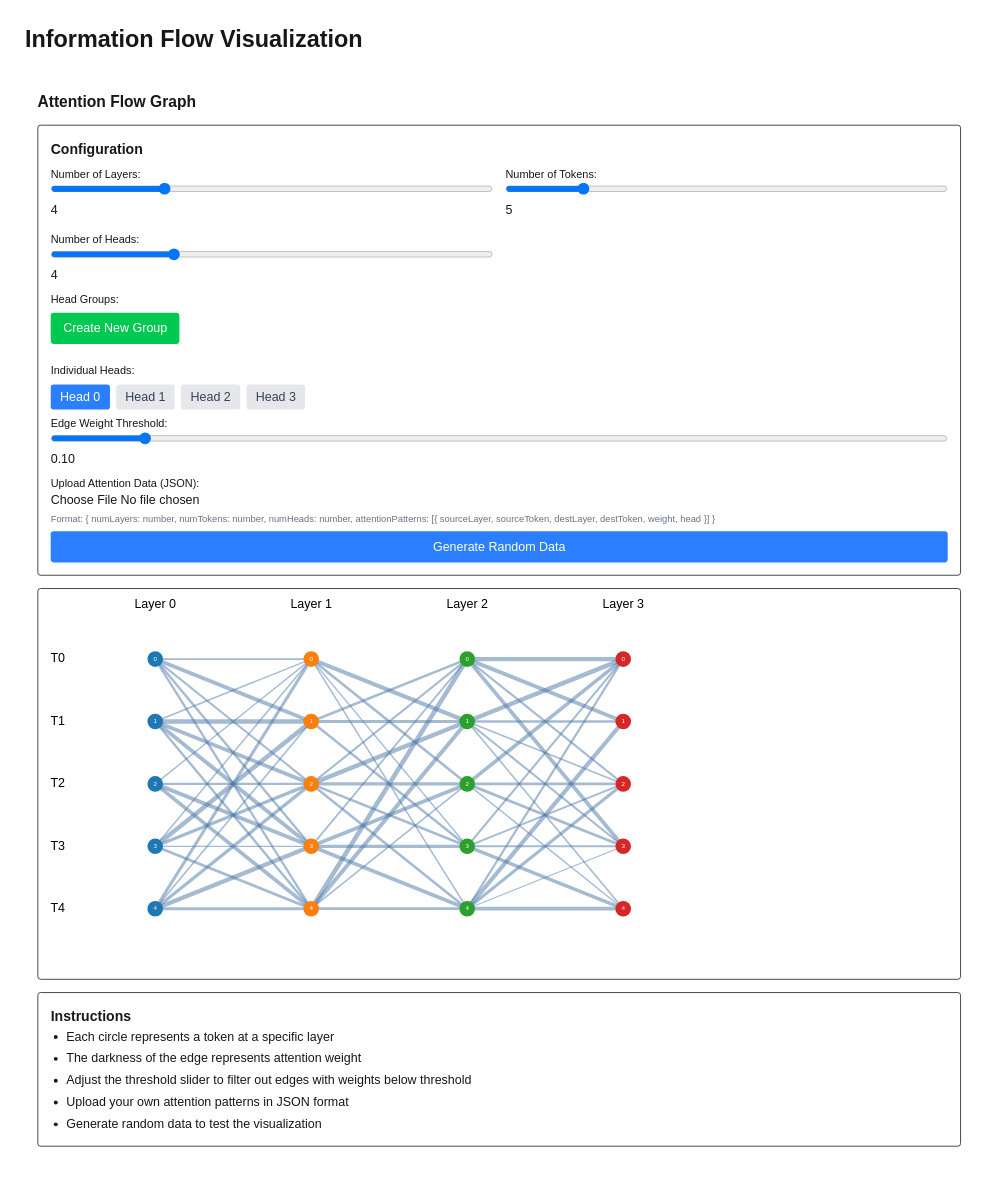
Repository: 2son1a/information_flow
Page: /
An editor plug-in stored every save of this project. The page is shown before and after the next save, followed by the edit.
The browser window is 1280 px wide. The pictures show the whole page, at 78% of full size.
The project was rebuilt for these pictures with package versions that can differ from the ones it lists, and the page was loaded fresh each time. The framework's server and built-in components were replaced by stand-ins that run in the browser. Also part of the build but not shown: next.config.ts.

Above is the page before, as saved 2025-03-08 19:15:14.

### app/page.tsx
import AttentionFlowGraph from './components/attention-flow-graph';

export default function Home() {
  return (
    <main className="min-h-screen p-8">
      <h1 className="text-3xl font-bold mb-8">Information Flow Visualization</h1>
      <AttentionFlowGraph />
    </main>
  );
}

### app/components/attention-flow-graph.tsx
"use client";

import React, { useState, useEffect, useRef, ChangeEvent } from 'react';
import * as d3 from 'd3';

interface AttentionPattern {
  sourceLayer: number;
  sourceToken: number;
  destLayer: number;
  destToken: number;
  weight: number;
  head: number;
}

interface HeadGroup {
  id: number;
  name: string;
  heads: number[];
}

interface GraphData {
  numLayers: number;
  numTokens: number;
  numHeads: number;
  attentionPatterns: AttentionPattern[];
}

interface Node {
  id: string;
  layer: number;
  token: number;
  x: number;
  y: number;
}

interface Link {
  source: string;
  target: string;
  weight: number;
  head: number;
  groupId: number;
}

const AttentionFlowGraph = () => {
  const [data, setData] = useState<GraphData>({
    numLayers: 4,
    numTokens: 5,
    numHeads: 4,
    attentionPatterns: []
  });
  const [threshold, setThreshold] = useState(0.1);
  const [selectedHeads, setSelectedHeads] = useState<number[]>([]);
  const [loading, setLoading] = useState(false);
  const [headGroups, setHeadGroups] = useState<HeadGroup[]>([]);
  const [nextGroupId, setNextGroupId] = useState(0);
  const svgRef = useRef(null);

  // Generate some sample attention data
  useEffect(() => {
    generateSampleData();
  }, []);

  const generateSampleData = () => {
    generateSampleDataWithParams(data);
  };

  const generateSampleDataWithParams = (params: GraphData) => {
    const numLayers = params.numLayers;
    const numTokens = params.numTokens;
    const numHeads = params.numHeads;
    let attentionPatterns = [];

    // For each layer (except layer 0 which has no attention)
    for (let l = 1; l < numLayers; l++) {
      // For each attention head
      for (let h = 0; h < numHeads; h++) {
        // For each destination token in this layer
        for (let destT = 0; destT < numTokens; destT++) {
          // For each source token in previous layer
          for (let srcT = 0; srcT < numTokens; srcT++) {
            // Generate random attention weight
            const weight = Math.random();
            attentionPatterns.push({
              sourceLayer: l-1,
              sourceToken: srcT,
              destLayer: l,
              destToken: destT,
              weight: weight,
              head: h
            });
          }
        }
      }
    }

    setData({
      numLayers,
      numTokens,
      numHeads,
      attentionPatterns
    });

    // Initialize selected heads if empty
    if (selectedHeads.length === 0) {
      setSelectedHeads([0]); // Default to first head
    }
  };

  // Draw the graph whenever relevant state changes
  useEffect(() => {
    if (!data.attentionPatterns.length) return;
    drawGraph();
  }, [data, threshold, selectedHeads, headGroups]);

  const handleLayersChange = (e: ChangeEvent<HTMLInputElement>) => {
    const value = parseInt(e.target.value);
    setData(prev => {
      const newData = {
        ...prev,
        numLayers: value
      };
      // Immediately generate new data
      generateSampleDataWithParams(newData);
      return newData;
    });
  };

  const handleTokensChange = (e: ChangeEvent<HTMLInputElement>) => {
    const value = parseInt(e.target.value);
    setData(prev => {
      const newData = {
        ...prev,
        numTokens: value
      };
      // Immediately generate new data
      generateSampleDataWithParams(newData);
      return newData;
    });
  };

  const handleThresholdChange = (e: ChangeEvent<HTMLInputElement>) => {
    setThreshold(parseFloat(e.target.value));
  };

  const handleHeadSelection = (head: number) => {
    // Only allow selection of ungrouped heads
    if (getHeadGroup(head) === null) {
      setSelectedHeads(prev => {
        if (prev.includes(head)) {
          return prev.filter(h => h !== head);
        } else {
          return [...prev, head];
        }
      });
    }
  };

  const handleNumHeadsChange = (e: ChangeEvent<HTMLInputElement>) => {
    const value = parseInt(e.target.value);
    setData(prev => {
      const newData = {
        ...prev,
        numHeads: value
      };
      // Immediately generate new data
      generateSampleDataWithParams(newData);
      return newData;
    });

    // Reset selected heads
    setSelectedHeads([0]);
  };

  const uploadAttentionData = (e: ChangeEvent<HTMLInputElement>) => {
    const file = e.target.files?.[0];
    if (!file) return;

    setLoading(true);

    const reader = new FileReader();
    reader.onload = (event: ProgressEvent<FileReader>) => {
      try {
        const jsonData = JSON.parse(event.target?.result as string) as GraphData;
        setData(jsonData);
        setLoading(false);
      } catch (error) {
        console.error("Error parsing JSON:", error);
        alert("Invalid JSON file");
        setLoading(false);
      }
    };

    reader.readAsText(file);
  };

  const createNewGroup = () => {
    const newGroup: HeadGroup = {
      id: nextGroupId,
      name: `Group ${nextGroupId + 1}`,
      heads: []
    };
    setHeadGroups(prev => [...prev, newGroup]);
    setNextGroupId(prev => prev + 1);
  };

  const deleteGroup = (groupId: number) => {
    // Get heads that were in the deleted group
    const group = headGroups.find(g => g.id === groupId);
    const freedHeads = group?.heads || [];

    // Add freed heads to selected heads
    setSelectedHeads(prev => [...prev, ...freedHeads]);

    setHeadGroups(prev => prev.filter(g => g.id !== groupId));
  };

  const addHeadToGroup = (head: number, groupId: number) => {
    // Remove head from selected heads when adding to a group
    setSelectedHeads(prev => prev.filter(h => h !== head));

    setHeadGroups(prev => {
      // First remove head from any existing group
      const groupsWithoutHead = prev.map(group => ({
        ...group,
        heads: group.heads.filter(h => h !== head)
      }));

      // Then add head to new group
      return groupsWithoutHead.map(group =>
        group.id === groupId
          ? { ...group, heads: [...group.heads, head] }
          : group
      );
    });
  };

  const getHeadGroup = (head: number): number | null => {
    const group = headGroups.find(g => g.heads.includes(head));
    return group ? group.id : null;
  };

  const renameGroup = (groupId: number, newName: string) => {
    setHeadGroups(prev => prev.map(group =>
      group.id === groupId
        ? { ...group, name: newName }
        : group
    ));
  };

  // Filter edges based on threshold, selected heads, and group membership
  const getVisibleHeads = (): number[] => {
    // Get all heads that are part of groups
    const groupedHeads = headGroups.flatMap(group => group.heads);
    // Combine with individually selected heads
    return [...new Set([...selectedHeads.filter(h => !groupedHeads.includes(h)), ...groupedHeads])];
  };

  const drawGraph = () => {
    const svg = d3.select(svgRef.current);
    svg.selectAll("*").remove();

    const width = 900;
    const height = 500;
    const padding = 50;
    const layerWidth = (width - 2 * padding) / (data.numLayers);
    const tokenHeight = (height - 2 * padding) / (data.numTokens);

    // Create nodes
    const nodes: Node[] = [];
    for (let l = 0; l < data.numLayers; l++) {
      for (let t = 0; t < data.numTokens; t++) {
        nodes.push({
          id: `${l}-${t}`,
          layer: l,
          token: t,
          x: padding + l * layerWidth + layerWidth / 2,
          y: padding + t * tokenHeight + tokenHeight / 2,
        });
      }
    }

    // Filter edges based on threshold and visible heads
    const visibleHeads = getVisibleHeads();
    const links: Link[] = data.attentionPatterns
      .filter(edge => edge.weight >= threshold && visibleHeads.includes(edge.head))
      .map(edge => ({
        source: `${edge.sourceLayer}-${edge.sourceToken}`,
        target: `${edge.destLayer}-${edge.destToken}`,
        weight: edge.weight,
        head: edge.head,
        groupId: getHeadGroup(edge.head) ?? -1
      }));

    // Create color scale for groups
    const groupColorScale = d3.scaleOrdinal(d3.schemeTableau10)
      .domain(headGroups.map(g => g.id.toString()));

    // Draw layers and tokens labels
    const g = svg.append("g");

    // Layer labels
    for (let l = 0; l < data.numLayers; l++) {
      g.append("text")
        .attr("x", padding + l * layerWidth + layerWidth / 2)
        .attr("y", padding / 2)
        .attr("text-anchor", "middle")
        .text(`Layer ${l}`);
    }

    // Token labels
    for (let t = 0; t < data.numTokens; t++) {
      g.append("text")
        .attr("x", padding / 2)
        .attr("y", padding + t * tokenHeight + tokenHeight / 2)
        .attr("text-anchor", "middle")
        .attr("dominant-baseline", "middle")
        .text(`T${t}`);
    }

    // Draw edges first (so they're behind nodes)
    const linkElements = g.selectAll("line")
      .data(links)
      .enter()
      .append("line")
      .attr("x1", (d: Link) => nodes.find(n => n.id === d.source)!.x)
      .attr("y1", (d: Link) => nodes.find(n => n.id === d.source)!.y)
      .attr("x2", (d: Link) => nodes.find(n => n.id === d.target)!.x)
      .attr("y2", (d: Link) => nodes.find(n => n.id === d.target)!.y)
      .attr("stroke", (d: Link) => d.groupId === -1
        ? d3.schemeTableau10[d.head % 10]  // Ungrouped heads
        : groupColorScale(d.groupId.toString())  // Grouped heads
      )
      .attr("stroke-width", (d: Link) => 1 + d.weight * 5)
      .attr("opacity", 0.5);

    // Draw nodes
    const nodeElements = g.selectAll("circle")
      .data(nodes)
      .enter()
      .append("circle")
      .attr("cx", (d: Node) => d.x)
      .attr("cy", (d: Node) => d.y)
      .attr("r", 10)
      .attr("fill", (d: Node) => d3.schemeCategory10[d.layer % 10]);

    // Add node labels
    g.selectAll("text.node-label")
      .data(nodes)
      .enter()
      .append("text")
      .attr("class", "node-label")
      .attr("x", (d: Node) => d.x)
      .attr("y", (d: Node) => d.y)
      .attr("text-anchor", "middle")
      .attr("dominant-baseline", "middle")
      .attr("fill", "white")
      .attr("font-size", "8px")
      .text((d: Node) => `${d.token}`);

    // Add tooltips to edges
    linkElements
      .append("title")
      .text((d: Link) => `Weight: ${d.weight.toFixed(4)}`);

    // Add tooltips to nodes
    nodeElements
      .append("title")
      .text((d: Node) => `Layer ${d.layer}, Token ${d.token}`);
  };

  return (
    <div className="flex flex-col gap-4 p-4">
      <h2 className="text-xl font-bold">Attention Flow Graph</h2>

      <div className="flex flex-col gap-2 p-4 border rounded">
        <h3 className="text-lg font-semibold">Configuration</h3>

        <div className="grid grid-cols-2 gap-4">
          <div>
            <label className="block text-sm font-medium">Number of Layers:</label>
            <input
              type="range"
              min="2"
              max="10"
              value={data.numLayers}
              onChange={handleLayersChange}
              className="w-full"
            />
            <span>{data.numLayers}</span>
          </div>

          <div>
            <label className="block text-sm font-medium">Number of Tokens:</label>
            <input
              type="range"
              min="2"
              max="20"
              value={data.numTokens}
              onChange={handleTokensChange}
              className="w-full"
            />
            <span>{data.numTokens}</span>
          </div>

          <div>
            <label className="block text-sm font-medium">Number of Heads:</label>
            <input
              type="range"
              min="1"
              max="12"
              value={data.numHeads}
              onChange={handleNumHeadsChange}
              className="w-full"
            />
            <span>{data.numHeads}</span>
          </div>
        </div>

        <div>
          <label className="block text-sm font-medium mb-2">Head Groups:</label>
          <div className="flex flex-col gap-4">
            <button
              onClick={createNewGroup}
              className="px-4 py-2 bg-green-500 text-white rounded hover:bg-green-600 w-fit"
            >
              Create New Group
            </button>

            <div className="space-y-4">
              {headGroups.map(group => (
                <div key={group.id} className="flex flex-col gap-2 p-3 border rounded">
                  <div className="flex items-center gap-2">
                    <input
                      type="text"
                      value={group.name}
                      onChange={(e) => renameGroup(group.id, e.target.value)}
                      className="px-2 py-1 border rounded"
                    />
                    <button
                      onClick={() => deleteGroup(group.id)}
                      className="px-2 py-1 bg-red-500 text-white rounded hover:bg-red-600"
                    >
                      Delete
                    </button>
                  </div>

                  <div className="flex flex-wrap gap-2">
                    {Array.from({length: data.numHeads}, (_, i) => (
                      <button
                        key={i}
                        onClick={() => addHeadToGroup(i, group.id)}
                        className={`px-3 py-1 rounded ${
                          group.heads.includes(i)
                            ? 'bg-blue-500 text-white'
                            : 'bg-gray-200 text-gray-700'
                        }`}
                      >
                        Head {i}
                      </button>
                    ))}
                  </div>
                </div>
              ))}
            </div>
          </div>
        </div>

        <div>
          <label className="block text-sm font-medium mb-2">Individual Heads:</label>
          <div className="flex flex-wrap gap-2">
            {Array.from({length: data.numHeads}, (_, i) => {
              const groupId = getHeadGroup(i);
              const isGrouped = groupId !== null;
              return (
                <button
                  key={i}
                  onClick={() => handleHeadSelection(i)}
                  className={`px-3 py-1 rounded ${
                    isGrouped
                      ? 'opacity-50 cursor-not-allowed'
                      : selectedHeads.includes(i)
                        ? 'bg-blue-500 text-white'
                        : 'bg-gray-200 text-gray-700 hover:bg-gray-300'
                  }`}
                  style={{
                    backgroundColor: isGrouped
                      ? d3.schemeTableau10[groupId % 10]
                      : undefined
                  }}
                  disabled={isGrouped}
                  title={isGrouped ? `Head ${i} is part of ${headGroups.find(g => g.id === groupId)?.name}` : undefined}
                >
                  Head {i}
                </button>
              );
            })}
          </div>
        </div>

        <div>
          <label className="block text-sm font-medium">Edge Weight Threshold:</label>
          <input
            type="range"
            min="0"
            max="1"
            step="0.01"
            value={threshold}
            onChange={handleThresholdChange}
            className="w-full"
          />
          <span>{threshold.toFixed(2)}</span>
        </div>

        <div>
          <label className="block text-sm font-medium">Upload Attention Data (JSON):</label>
          <input
            type="file"
            accept=".json"
            onChange={uploadAttentionData}
            className="w-full"
          />
          <p className="text-xs text-gray-500 mt-1">
            Format: {`{ numLayers: number, numTokens: number, numHeads: number, attentionPatterns: [{ sourceLayer, sourceToken, destLayer, destToken, weight, head }] }`}
          </p>
        </div>

        <button
          onClick={generateSampleData}
          className="px-4 py-2 bg-blue-500 text-white rounded hover:bg-blue-600"
        >
          Generate Random Data
        </button>
      </div>

      {loading ? (
        <div className="flex justify-center items-center h-96">
          <p>Loading...</p>
        </div>
      ) : (
        <div className="border rounded overflow-auto">
          <svg ref={svgRef} width="900" height="500"></svg>
        </div>
      )}

      <div className="p-4 border rounded">
        <h3 className="text-lg font-semibold">Instructions</h3>
        <ul className="list-disc pl-5 space-y-1">
          <li>Each circle represents a token at a specific layer</li>
          <li>The darkness of the edge represents attention weight</li>
          <li>Adjust the threshold slider to filter out edges with weights below threshold</li>
          <li>Upload your own attention patterns in JSON format</li>
          <li>Generate random data to test the visualization</li>
        </ul>
      </div>
    </div>
  );
};

export default AttentionFlowGraph;

Loaded but not shown: app/layout.tsx (common file); app/globals.css (common file)

After the next save:
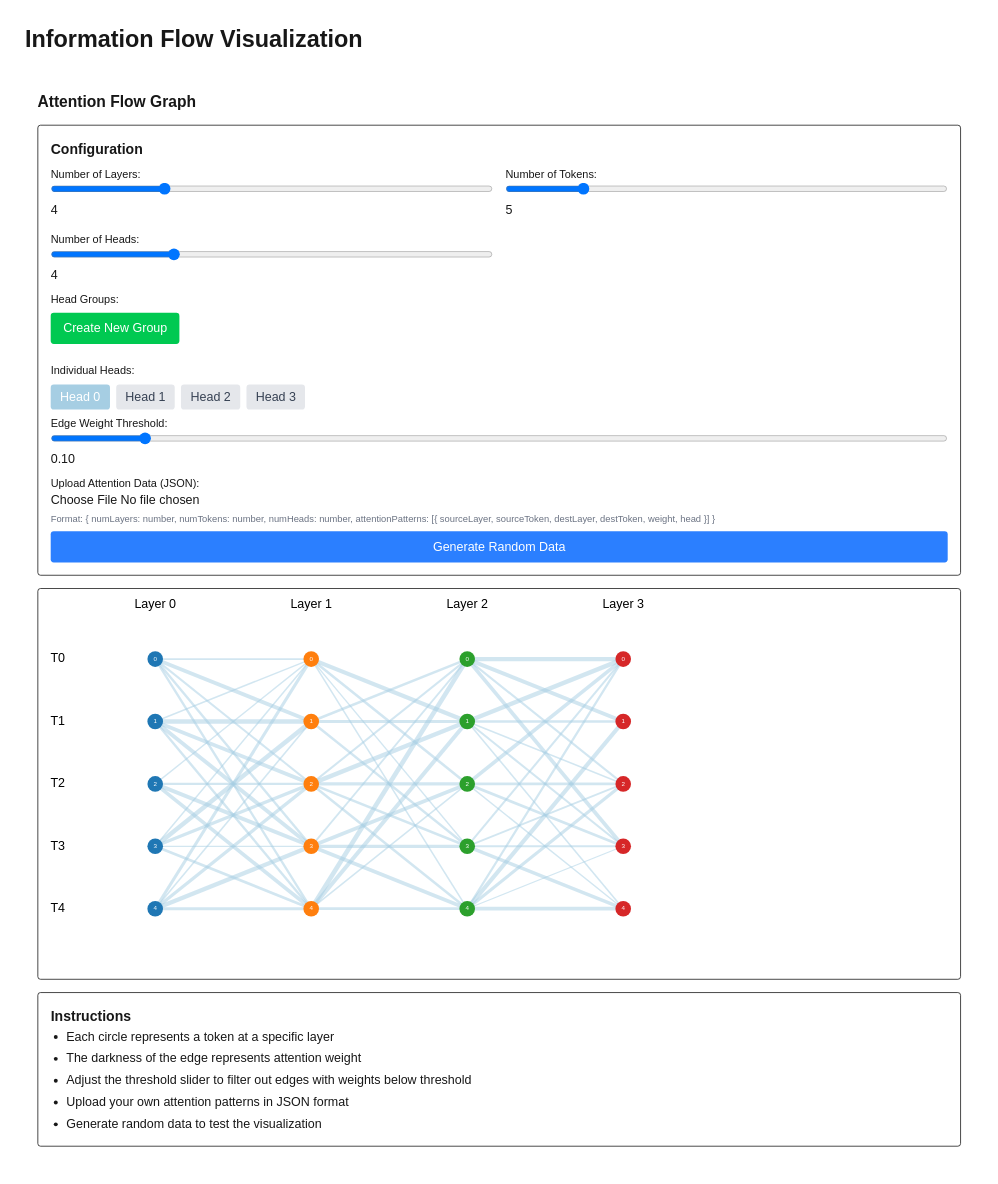
Saved 2 min 47 s later.
--- a/app/components/attention-flow-graph.tsx
+++ b/app/components/attention-flow-graph.tsx
@@ -291,9 +291,12 @@ const AttentionFlowGraph = () => {
         groupId: getHeadGroup(edge.head) ?? -1
       }));
 
-    // Create color scale for groups
+    // Create color scales for groups and individual heads
     const groupColorScale = d3.scaleOrdinal(d3.schemeTableau10)
       .domain(headGroups.map(g => g.id.toString()));
+
+    const individualHeadColorScale = d3.scaleOrdinal(d3.schemePaired)
+      .domain(Array.from({length: data.numHeads}, (_, i) => i.toString()));
 
     // Draw layers and tokens labels
     const g = svg.append("g");
@@ -327,7 +330,7 @@ const AttentionFlowGraph = () => {
       .attr("x2", (d: Link) => nodes.find(n => n.id === d.target)!.x)
       .attr("y2", (d: Link) => nodes.find(n => n.id === d.target)!.y)
       .attr("stroke", (d: Link) => d.groupId === -1
-        ? d3.schemeTableau10[d.head % 10]  // Ungrouped heads
+        ? individualHeadColorScale(d.head.toString())  // Individual heads
         : groupColorScale(d.groupId.toString())  // Grouped heads
       )
       .attr("stroke-width", (d: Link) => 1 + d.weight * 5)
@@ -479,13 +482,15 @@ const AttentionFlowGraph = () => {
                     isGrouped
                       ? 'opacity-50 cursor-not-allowed'
                       : selectedHeads.includes(i)
-                        ? 'bg-blue-500 text-white'
+                        ? 'text-white'
                         : 'bg-gray-200 text-gray-700 hover:bg-gray-300'
                   }`}
                   style={{
                     backgroundColor: isGrouped
-                      ? d3.schemeTableau10[groupId % 10]
-                      : undefined
+                      ? d3.schemeTableau10[groupId % 10]  // Group colors
+                      : selectedHeads.includes(i)
+                        ? d3.schemePaired[i % 12]  // Individual head colors
+                        : undefined
                   }}
                   disabled={isGrouped}
                   title={isGrouped ? `Head ${i} is part of ${headGroups.find(g => g.id === groupId)?.name}` : undefined}
